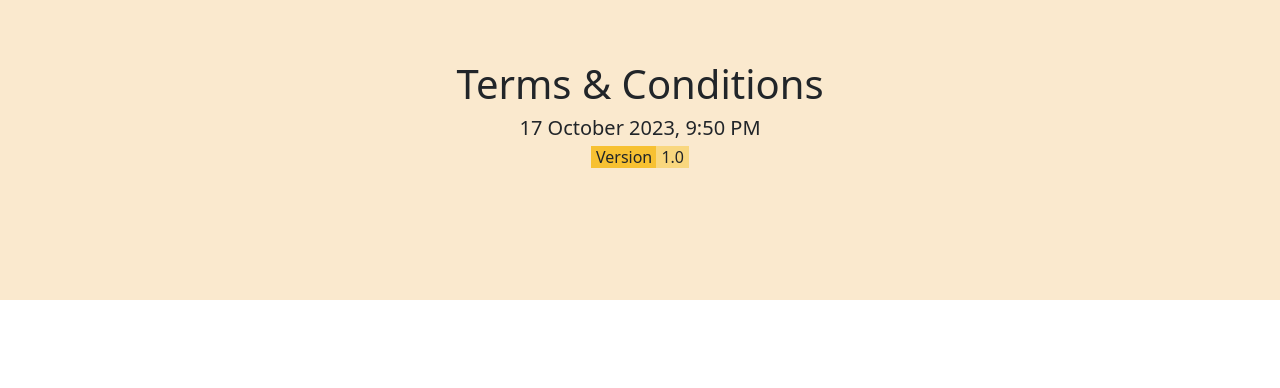
Repository: injectGroup/github.io
Page: terms.html
An editor plug-in stored every save of this project. The page is shown before and after the next save, followed by the edit.
The browser window is 1280 px wide. The pictures show the whole page.

Above is the page before, as saved 2023-11-30 07:29:42.

After the next save:
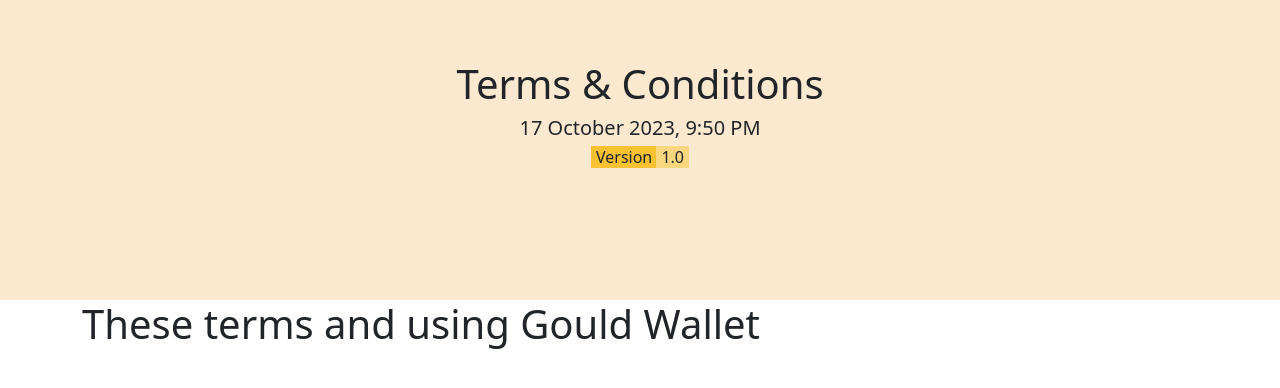
Saved 41 s later.
--- a/terms.html
+++ b/terms.html
@@ -37,7 +37,7 @@
     </div>
     <!-- BODY -->
     <div class="container-md">
-
+        <h1>These terms and using Gould Wallet</h1>
     </div>
     <!-- BOOTSTRAP JS-->
     <script src="https://cdn.jsdelivr.net/npm/bootstrap@5.3.2/dist/js/bootstrap.bundle.min.js"
